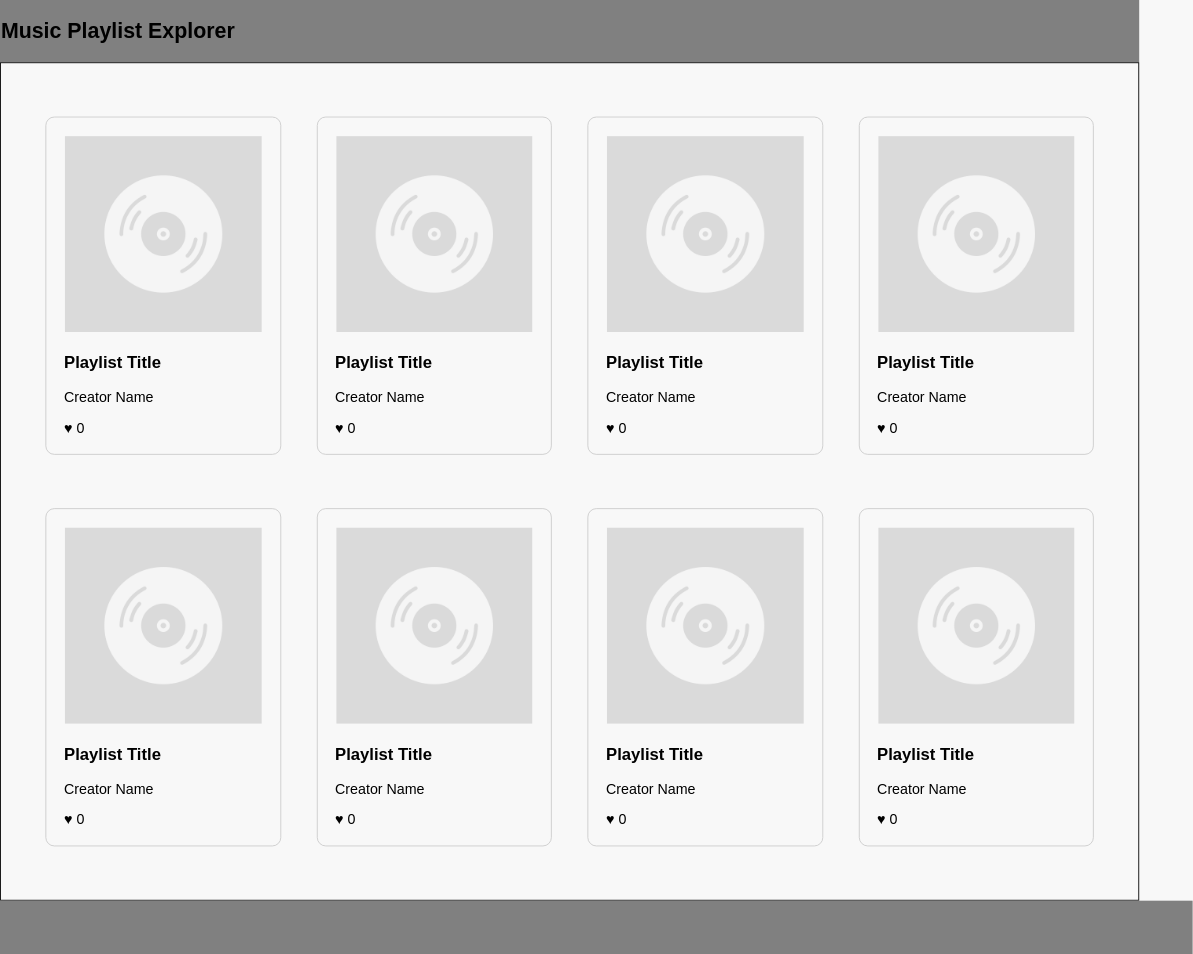
Repository: valentinaarojas/music-player-explorer
Page: index.html
The author's editor kept a copy of each file at every save. The page is drawn from the files as they stood at one save, then again after the next save.
The browser window is 1280 px wide. The page is 1340 px wide, so the pictures cover 1340 px, including what lies to the right of the window. The pictures show the whole page, at 89% of full size.

Above is the page before, as saved 2025-02-19 16:41:43.
Console error: SyntaxError: Unexpected token '{'

### index.html
<!DOCTYPE html>
<html lang="en">
<head>
    <meta charset="UTF-8">
    <meta name="viewport" content="width=device-width, initial-scale=1.0">

    <title>Music Playlist Explorer</title>
    <link rel="icon" type="image/x-icon" href="/images/favicon.ico">

    <link rel="stylesheet" href="style.css">
</head>
<body>
    <header>
        <!-- Your header content here -->
        <div class="banner">
            <h2>Music Playlist Explorer</h2>
        </div>
    </header>

    <main>
        <!-- Your main content here -->
        <div class="playlist-cards">
            <!-- card 1 -->
            <div class="playlist-card">
                <div class="playlist-cover">
                    <img src="assets/img/playlist.png" alt="placeholder" style="width: 100%">
                </div>
                <div class="playlist-info">
                    <h3 class="playlist-title">Playlist Title</h3>
                    <p class="creator-info">Creator Name</p>
                    <div class="like-count">
                        <span>♥</span>
                        <span>0</span>
                    </div>
                </div>
            </div>
            <!-- card 2 -->
            <div class="playlist-card">
                <div class="playlist-cover">
                    <img src="assets/img/playlist.png" alt="placeholder" style="width: 100%">
                </div>
                <div class="playlist-info">
                    <h3 class="playlist-title">Playlist Title</h3>
                    <p class="creator-info">Creator Name</p>
                    <div class="like-count">
                        <span>♥</span>
                        <span>0</span>
                    </div>
                </div>
            </div>
            <!-- card 3 -->
            <div class="playlist-card">
                <div class="playlist-cover">
                    <img src="assets/img/playlist.png" alt="placeholder" style="width: 100%">
                </div>
                <div class="playlist-info">
                    <h3 class="playlist-title">Playlist Title</h3>
                    <p class="creator-info">Creator Name</p>
                    <div class="like-count">
                        <span>♥</span>
                        <span>0</span>
                    </div>
                </div>
            </div>
            <!-- card 4 -->
            <div class="playlist-card">
                <div class="playlist-cover">
                    <img src="assets/img/playlist.png" alt="placeholder" style="width: 100%">
                </div>
                <div class="playlist-info">
                    <h3 class="playlist-title">Playlist Title</h3>
                    <p class="creator-info">Creator Name</p>
                    <div class="like-count">
                        <span>♥</span>
                        <span>0</span>
                    </div>
                </div>
            </div>
            <!-- card 5 -->
            <div class="playlist-card">
                <div class="playlist-cover">
                    <img src="assets/img/playlist.png" alt="placeholder" style="width: 100%">
                </div>
                <div class="playlist-info">
                    <h3 class="playlist-title">Playlist Title</h3>
                    <p class="creator-info">Creator Name</p>
                    <div class="like-count">
                        <span>♥</span>
                        <span>0</span>
                    </div>
                </div>
            </div>
            <!-- card 6 -->
            <div class="playlist-card">
                <div class="playlist-cover">
                    <img src="assets/img/playlist.png" alt="placeholder" style="width: 100%">
                </div>
                <div class="playlist-info">
                    <h3 class="playlist-title">Playlist Title</h3>
                    <p class="creator-info">Creator Name</p>
                    <div class="like-count">
                        <span>♥</span>
                        <span>0</span>
                    </div>
                </div>
            </div>
             <!-- card 7 -->
             <div class="playlist-card">
                <div class="playlist-cover">
                    <img src="assets/img/playlist.png" alt="placeholder" style="width: 100%">
                </div>
                <div class="playlist-info">
                    <h3 class="playlist-title">Playlist Title</h3>
                    <p class="creator-info">Creator Name</p>
                    <div class="like-count">
                        <span>♥</span>
                        <span>0</span>
                    </div>
                </div>
            </div>
             <!-- card 8 -->
             <div class="playlist-card">
                <div class="playlist-cover">
                    <img src="assets/img/playlist.png" alt="placeholder" style="width: 100%">
                </div>
                <div class="playlist-info">
                    <h3 class="playlist-title">Playlist Title</h3>
                    <p class="creator-info">Creator Name</p>
                    <div class="like-count">
                        <span>♥</span>
                        <span>0</span>
                    </div>
                </div>
            </div>
        </div>
    </main>

    <footer>
        <!-- Your footer content here -->
    </footer>
    <script src="data/data.js"></script>
    <script src="script.js"></script>
</body>
</html>

### style.css
body {
    font-family: 'Arial', sans-serif;
    margin: 0;
    padding: 0;
    background-color: #f8f8f8;
}

.banner {
    background-color: grey;
    padding: 1px;
}

.playlist-cards {
    display: grid;
    grid-template-columns: repeat(4, 1fr);
    padding: 30px;
    padding-bottom: ;
    border: 1px solid rgb(0, 0, 0);
}

.playlist-card {
    padding: 20px;
    margin: 30px 20px;
    border-radius: 10px;
    border: 1px solid #ccc;
}

.playlist-cover {
    padding: 1px;
}

footer {
    background-color: grey;
    padding: 30px;
    width: 100%;
}

### data/data.js
let data = { "playlists": [
    {
      "playlistID": 0,
      "playlist_name": "Late Night Drive",
      "playlist_creator": "Melody Maven",
      "playlist_art": "https://picsum.photos/id/36/200",
      "likeCount": 0,
      "songs": [
        {
          "songID": 0,
          "title": "Nightcall",
          "artist": "Kavinsky",
          "album": "Nightcall",
          "cover_art": "https://picsum.photos/id/43/200",
          "duration": "4:18"
        },
        {
          "songID": 1,
          "title": "Drive",
          "artist": "The Cars",
          "album": "Heartbeat City",
          "cover_art": "https://picsum.photos/id/45/200",
          "duration": "3:55"
        },
        {
          "songID": 2,
          "title": "Cruisin'",
          "artist": "Smokey Robinson",
          "album": "One Heartbeat",
          "cover_art": "https://picsum.photos/id/88/200",
          "duration": "4:30"
        },
        {
          "songID": 3,
          "title": "Night Moves",
          "artist": "Bob Seger",
          "album": "Night Moves",
          "cover_art": "https://picsum.photos/id/84/200",
          "duration": "5:25"
        },
        {
          "songID": 4,
          "title": "Moonlight Drive",
          "artist": "The Doors",
          "album": "Strange Days",
          "cover_art": "https://picsum.photos/id/122/200",
          "duration": "3:04"
        }
      ]
    },
    {
      "playlistID": 1,
      "playlist_name": "That Summer '16 Feeling",
      "playlist_creator": "Groove Guardian",
      "playlist_art": "https://picsum.photos/id/117/200",
      "likeCount": 10,
      "songs": [
        {
          "songID": 5,
          "title": "One Dance",
          "artist": "Drake",
          "album": "Views",
          "cover_art": "https://picsum.photos/id/21/200",
          "duration": "2:53"
        },
        {
          "songID": 6,
          "title": "Cheap Thrills",
          "artist": "Sia",
          "album": "This Is Acting",
          "cover_art": "https://picsum.photos/id/56/200",
          "duration": "3:31"
        },
        {
          "songID": 7,
          "title": "Don't Let Me Down",
          "artist": "The Chainsmokers ft. Daya",
          "album": "Collage",
          "cover_art": "https://picsum.photos/id/145/200",
          "duration": "3:28"
        },
        {
          "songID": 8,
          "title": "This Is What You Came For",
          "artist": "Calvin Harris ft. Rihanna",
          "album": "This Is What You Came For",
          "cover_art": "https://picsum.photos/id/160/200",
          "duration": "3:42"
        },
        {
          "songID": 9,
          "title": "Ride",
          "artist": "Twenty One Pilots",
          "album": "Blurryface",
          "cover_art": "https://picsum.photos/id/133/200",
          "duration": "3:34"
        }
      ]
    },
    {
      "playlistID": 2,
      "playlist_name": "Workout Beats",
      "playlist_creator": "Harmony Herald",
      "playlist_art": "https://picsum.photos/id/1077/200",
      "likeCount": 2,
      "songs": [
        {
          "songID": 10,
          "title": "Eye of the Tiger",
          "artist": "Survivor",
          "album": "Eye of the Tiger",
          "cover_art": "https://picsum.photos/id/593/200",
          "duration": "4:05"
        },
        {
          "songID": 11,
          "title": "Stronger",
          "artist": "Kanye West",
          "album": "Graduation",
          "cover_art": "https://picsum.photos/id/169/200",
          "duration": "5:12"
        },
        {
          "songID": 12,
          "title": "Lose Yourself",
          "artist": "Eminem",
          "album": "8 Mile Soundtrack",
          "cover_art": "https://picsum.photos/id/171/200",
          "duration": "5:26"
        },
        {
          "songID": 13,
          "title": "Uptown Funk",
          "artist": "Mark Ronson ft. Bruno Mars",
          "album": "Uptown Special",
          "cover_art": "https://picsum.photos/id/274/200",
          "duration": "4:30"
        },
        {
          "songID": 14,
          "title": "Can't Stop the Feeling!",
          "artist": "Justin Timberlake",
          "album": "Trolls (Original Motion Picture Soundtrack)",
          "cover_art": "https://picsum.photos/id/304/200",
          "duration": "3:56"
        }
      ]
    },
    {
      "playlistID": 3,
      "playlist_name": "Road Trip Anthems",
      "playlist_creator": "Playlist Pioneer",
      "playlist_art": "https://picsum.photos/id/314/200",
      "likeCount": 5,
      "songs": [
        {
          "songID": 15,
          "title": "Life Is a Highway",
          "artist": "Tom Cochrane",
          "album": "Mad Mad World",
          "cover_art": "https://picsum.photos/id/352/200",
          "duration": "4:26"
        },
        {
          "songID": 16,
          "title": "Born to Run",
          "artist": "Bruce Springsteen",
          "album": "Born to Run",
          "cover_art": "https://picsum.photos/id/361/200",
          "duration": "4:30"
        },
        {
          "songID": 17,
          "title": "Take It Easy",
          "artist": "Eagles",
          "album": "Eagles",
          "cover_art": "https://picsum.photos/id/365/200",
          "duration": "3:31"
        },
        {
          "songID": 18,
          "title": "Route 66",
          "artist": "Chuck Berry",
          "album": "Get Your Kicks on Route 66",
          "cover_art": "https://picsum.photos/id/371/200",
          "duration": "2:53"
        },
        {
          "songID": 19,
          "title": "On the Road Again",
          "artist": "Willie Nelson",
          "album": "Honeysuckle Rose",
          "cover_art": "https://picsum.photos/id/382/200",
          "duration": "2:33"
        }
      ]
    },
    {
      "playlistID": 4,
      "playlist_name": "Boss Chick Energy",
      "playlist_creator": "Tempo Tactician",
      "playlist_art": "https://picsum.photos/id/449/200",
      "likeCount": 0,
      "songs": [
        {
          "songID": 20,
          "title": "Run the World (Girls)",
          "artist": "Beyoncé",
          "album": "4",
          "cover_art": "https://picsum.photos/id/550/200",
          "duration": "3:56"
        },
        {
          "songID": 21,
          "title": "I'm Every Woman",
          "artist": "Chaka Khan",
          "album": "Chaka",
          "cover_art": "https://picsum.photos/id/646/200",
          "duration": "4:07"
        },
        {
          "songID": 22,
          "title": "Independent Women, Pt. 1",
          "artist": "Destiny's Child",
          "album": "Survivor",
          "cover_art": "https://picsum.photos/id/660/200",
          "duration": "3:41"
        },
        {
          "songID": 23,
          "title": "Confident",
          "artist": "Demi Lovato",
          "album": "Confident",
          "cover_art": "https://picsum.photos/id/680/200",
          "duration": "3:25"
        },
        {
          "songID": 24,
          "title": "Feeling Myself",
          "artist": "Nicki Minaj ft. Beyoncé",
          "album": "The Pinkprint",
          "cover_art": "https://picsum.photos/id/822/200",
          "duration": "3:57"
        }
      ]
    },
    {
      "playlistID": 5,
      "playlist_name": "Rainy Nights",
      "playlist_creator": "Sonic Sage",
      "playlist_art": "https://picsum.photos/id/115/200",
      "likeCount": 24,
      "songs": [
        {
          "songID": 25,
          "title": "Purple Rain",
          "artist": "Prince",
          "album": "Purple Rain",
          "cover_art": "https://picsum.photos/id/123/200",
          "duration": "8:41"
        },
        {
          "songID": 26,
          "title": "November Rain",
          "artist": "Guns N' Roses",
          "album": "Use Your Illusion I",
          "cover_art": "https://picsum.photos/id/171/200",
          "duration": "8:57"
        },
        {
          "songID": 27,
          "title": "Riders on the Storm",
          "artist": "The Doors",
          "album": "L.A. Woman",
          "cover_art": "https://picsum.photos/id/172/200",
          "duration": "7:14"
        },
        {
          "songID": 28,
          "title": "I Can't Stand the Rain",
          "artist": "Ann Peebles",
          "album": "I Can't Stand the Rain",
          "cover_art": "https://picsum.photos/id/178/200",
          "duration": "2:31"
        },
        {
          "songID": 29,
          "title": "Set Fire to the Rain",
          "artist": "Adele",
          "album": "21",
          "cover_art": "https://picsum.photos/id/680/200",
          "duration": "4:02"
        }
      ]
    },
    {
      "playlistID": 6,
      "playlist_name": "90's R&B",
      "playlist_creator": "Vinyl Virtuoso",
      "playlist_art": "https://picsum.photos/id/815/200",
      "likeCount": 3,
      "songs": [
        {
          "songID": 30,
          "title": "No Diggity",
          "artist": "Blackstreet ft. Dr. Dre",
          "album": "Another Level",
          "cover_art": "https://picsum.photos/id/856/200",
          "duration": "5:06"
        },
        {
          "songID": 31,
          "title": "Waterfalls",
          "artist": "TLC",
          "album": "CrazySexyCool",
          "cover_art": "https://picsum.photos/id/871/200",
          "duration": "4:39"
        },
        {
          "songID": 32,
          "title": "Creep",
          "artist": "TLC",
          "album": "CrazySexyCool",
          "cover_art": "https://picsum.photos/id/891/200",
          "duration": "4:29"
        },
        {
          "songID": 33,
          "title": "On Bended Knee",
          "artist": "Boyz II Men",
          "album": "II",
          "cover_art": "https://picsum.photos/id/1013/200",
          "duration": "4:05"
        },
        {
          "songID": 34,
          "title": "Fantasy",
          "artist": "Mariah Carey",
          "album": "Daydream",
          "cover_art": "https://picsum.photos/id/1014/200",
          "duration": "4:04"
        }
      ]
    },
    {
      "playlistID": 7,
      "playlist_name": "Nothing But The Classics",
      "playlist_creator": "Melody Maven",
      "playlist_art": "https://picsum.photos/id/22/200",
      "likeCount": 3,
      "songs": [
        {
          "songID": 35,
          "title": "Bohemian Rhapsody",
          "artist": "Queen",
          "album": "A Night at the Opera",
          "cover_art": "https://picsum.photos/id/39/200",
          "duration": "5:55"
        },
        {
          "songID": 36,
          "title": "Hotel California",
          "artist": "Eagles",
          "album": "Hotel California",
          "cover_art": "https://picsum.photos/id/57/200",
          "duration": "6:30"
        },
        {
          "songID": 37,
          "title": "Stairway to Heaven",
          "artist": "Led Zeppelin",
          "album": "Led Zeppelin IV",
          "cover_art": "https://picsum.photos/id/221/200",
          "duration": "8:02"
        },
        {
          "songID": 38,
          "title": "Sweet Child o' Mine",
          "artist": "Guns N' Roses",
          "album": "Appetite for Destruction",
          "cover_art": "https://picsum.photos/id/822/200",
          "duration": "5:55"
        },
        {
          "songID": 39,
          "title": "Imagine",
          "artist": "John Lennon",
          "album": "Imagine",
          "cover_art": "https://picsum.photos/id/823/200",
          "duration": "3:04"
        }
      ]
    },
    {
      "playlistID": 8,
      "playlist_name": "Ohh That Baseline",
      "playlist_creator": "Bassline Buddy",
      "playlist_art": "https://picsum.photos/id/836/200",
      "likeCount": 0,
      "songs": [
        {
          "songID": 40,
          "title": "Another One Bites the Dust",
          "artist": "Queen",
          "album": "The Game",
          "cover_art": "https://picsum.photos/id/839/200",
          "duration": "3:36"
        },
        {
          "songID": 41,
          "title": "Billie Jean",
          "artist": "Michael Jackson",
          "album": "Thriller",
          "cover_art": "https://picsum.photos/id/903/200",
          "duration": "4:54"
        },
        {
          "songID": 42,
          "title": "Superstition",
          "artist": "Stevie Wonder",
          "album": "Talking Book",
          "cover_art": "https://picsum.photos/id/978/200",
          "duration": "4:26"
        },
        {
          "songID": 43,
          "title": "Smooth Criminal",
          "artist": "Michael Jackson",
          "album": "Bad",
          "cover_art": "https://picsum.photos/id/1004/200",
          "duration": "4:17"
        },
        {
          "songID": 44,
          "title": "Money for Nothing",
          "artist": "Dire Straits",
          "album": "Brothers in Arms",
          "cover_art": "https://picsum.photos/id/1025/200",
          "duration": "8:26"
        }
      ]
    }
  ]
}

### script.js
body {
    font-family: 'Arial', sans-serif;
    margin: 0;
    padding: 0;
    background-color: #f8f8f8;
}

After the next save:
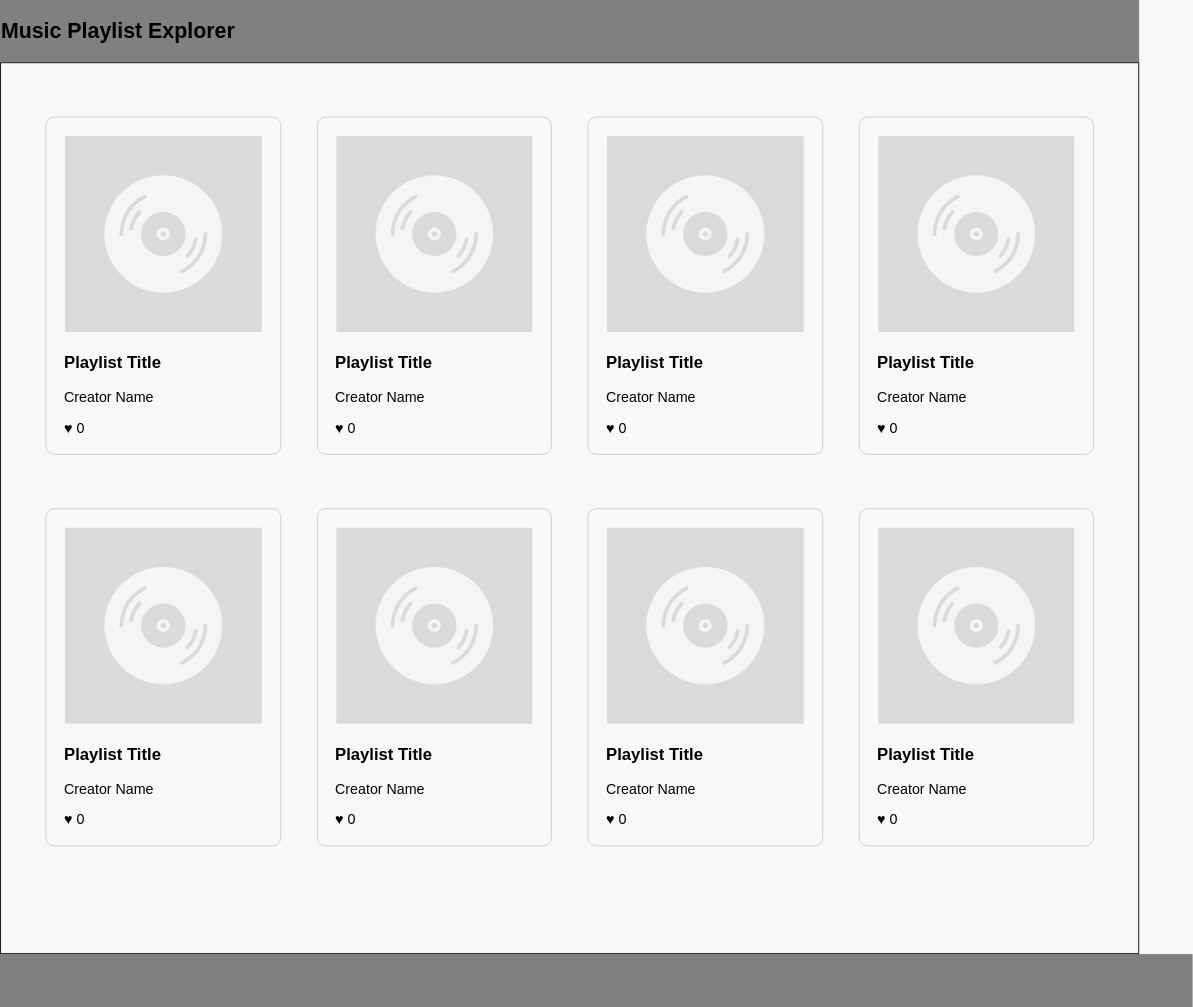
Saved 7 s later.
--- a/style.css
+++ b/style.css
@@ -14,7 +14,7 @@ body {
     display: grid;
     grid-template-columns: repeat(4, 1fr);
     padding: 30px;
-    padding-bottom: ;
+    padding-bottom: 90px;
     border: 1px solid rgb(0, 0, 0);
 }
 
